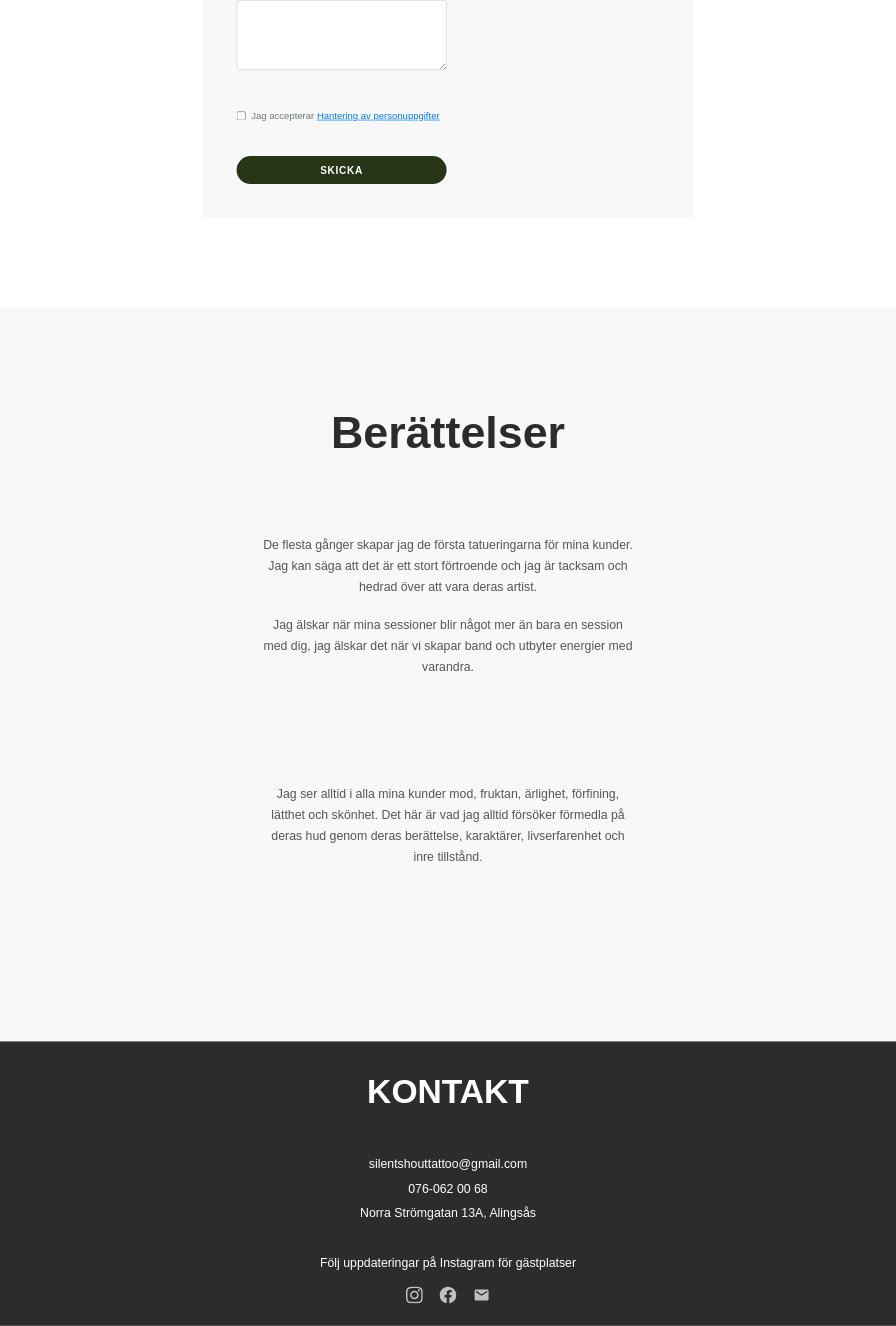
Repository: public-websites/silentshouttattoose
Page: index.html
These files come from the project's save history. The page is drawn as it stood at one moment and after the next save; the edit follows.
The browser window is 1280 px wide. The pictures show the part of the page from y = 4250 to 6170 px (the page is 6144 px tall before and 6170 px after), at 70% of full size.

Above is the page before, as saved 2025-06-26 09:10:07.

After the next save:
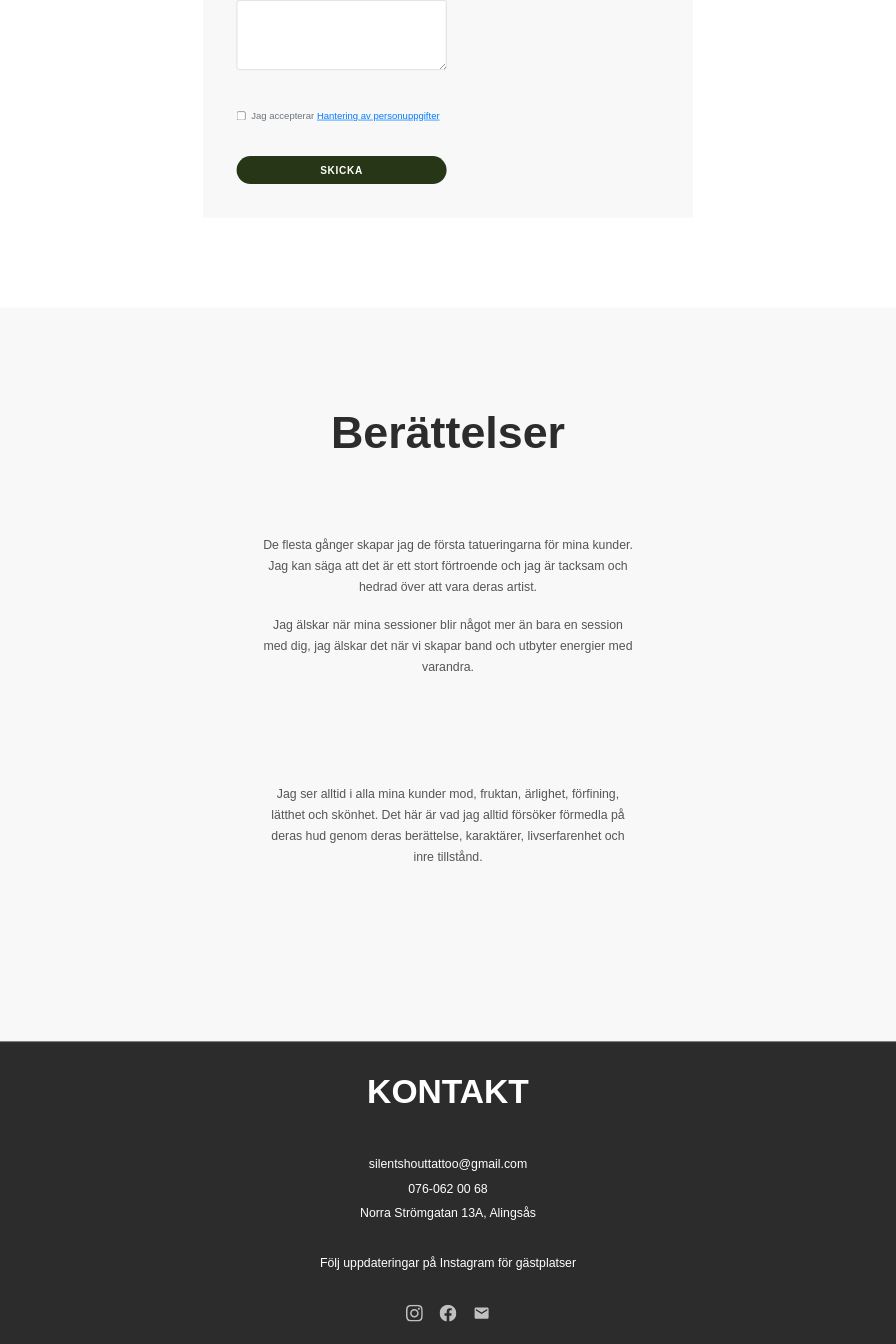
Saved 41 s later.
--- a/index.html
+++ b/index.html
@@ -234,7 +234,7 @@
                 <p><a href="tel:0760620068">076-062 00 68</a></p>
                 <p>Norra Strömgatan 13A, Alingsås</p>
                 <br>
-                <p><a href="https://instagram.com" target="_blank">Följ uppdateringar på Instagram för gästplatser</a></p>
+                <p style="padding-bottom: 1.5em;"><a href="https://instagram.com" target="_blank">Följ uppdateringar på Instagram för gästplatser</a></p>
             </div>
             <div class="social-icons">
                 <a href="https://instagram.com" target="_blank" class="social-icon" aria-label="Instagram">
